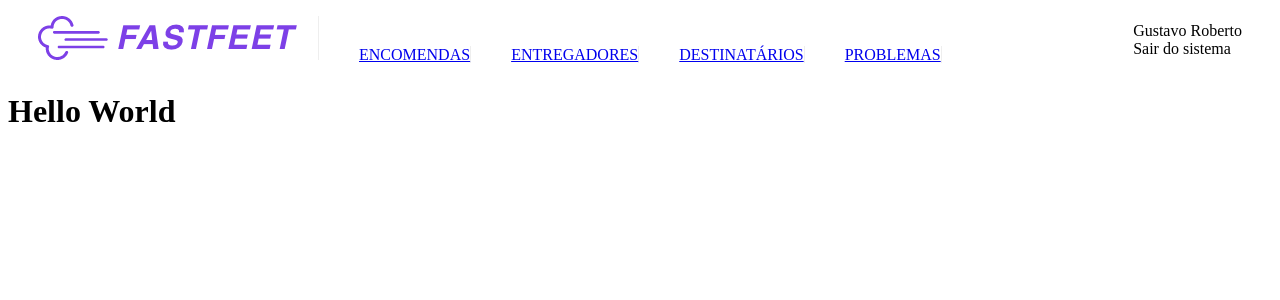
Repository: guuhx97/fastfeet
Page: / (app in frontend/)
The author's editor kept a copy of each file at every save. The page is drawn from the files as they stood at one save, then again after the next save.
The browser window is 1280 px wide. The pictures show the whole page.
The project was rebuilt for these pictures with package versions that can differ from the ones it lists, and the page was loaded fresh each time.

Above is the page before, as saved 2020-06-26 15:09:16.

After the next save:
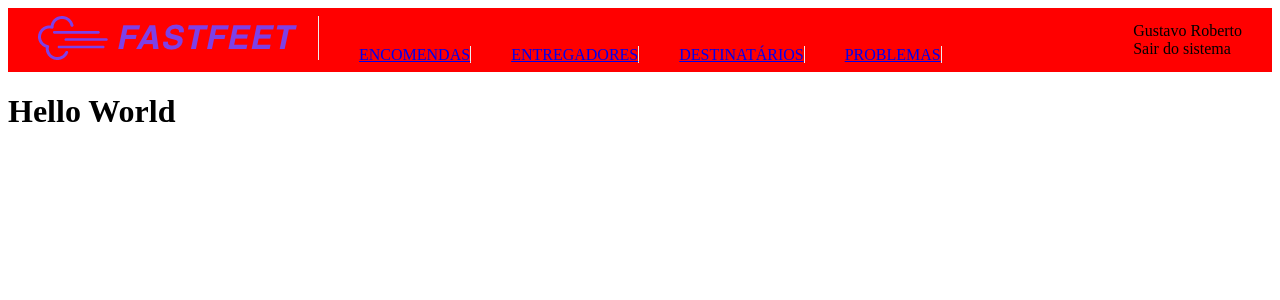
Saved 13 s later.
--- a/frontend/src/components/Header/styles.js
+++ b/frontend/src/components/Header/styles.js
@@ -1,7 +1,7 @@
 import styled from 'styled-components';
 
 export const Container = styled.div`
-  background: #fff;
+  background: red;
   padding: 0 30px;
 `;
 
